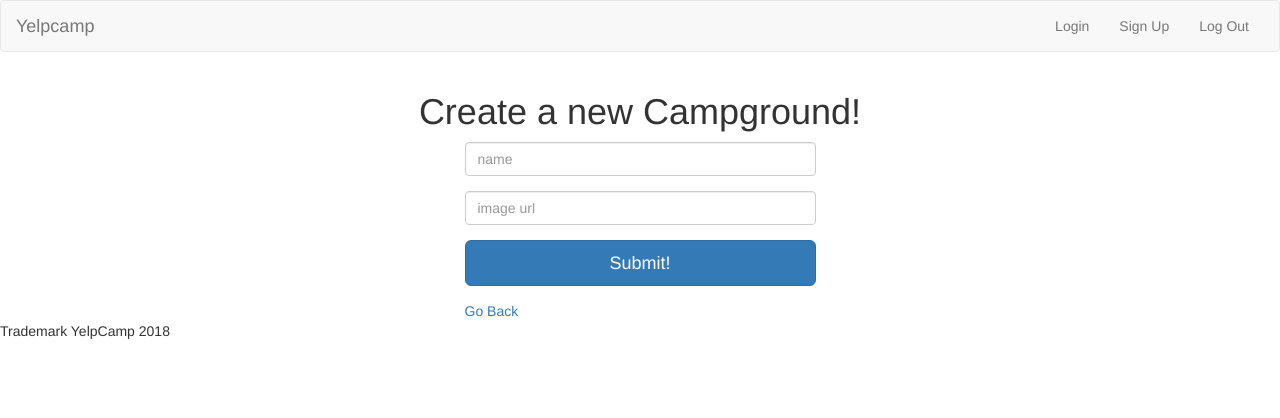
Repository: cuauhtlahuac/WebAppsPractices
Page: http://localhost/campgrounds/new
The author's editor kept a record of every edit. The page is drawn from the files as they stood at one moment, then again after the next edit.
The browser window is 1280 px wide. The pictures show the whole page.
The page is served by the project's Node server (yelpCamp/v1/app.js).

Above is the page before.

After the next edit:
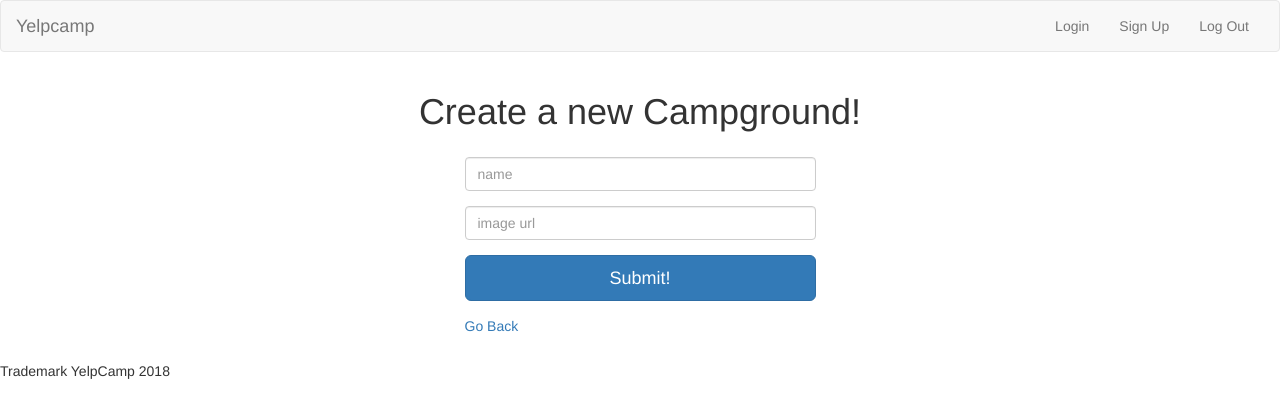
The edit:
--- a/workspacePortugues/yelpCamp/v1/views/new.ejs
+++ b/workspacePortugues/yelpCamp/v1/views/new.ejs
@@ -3,7 +3,7 @@
 <div class="container">
     <div class="row">
         <h1 style="text-align: center;">Create a new Campground!</h1>
-        <div style="width: 30%; margin: 0 auto;">
+        <div style="width: 30%; margin: 25px auto;">
             <form action="/campgrounds" method="POST">
                 <div class="form-group"><input class="form-control"  type="text" name="name" placeholder="name"></div>
                 <div class="form-group"><input class="form-control" type="text" name="image" placeholder="image url"></div>
